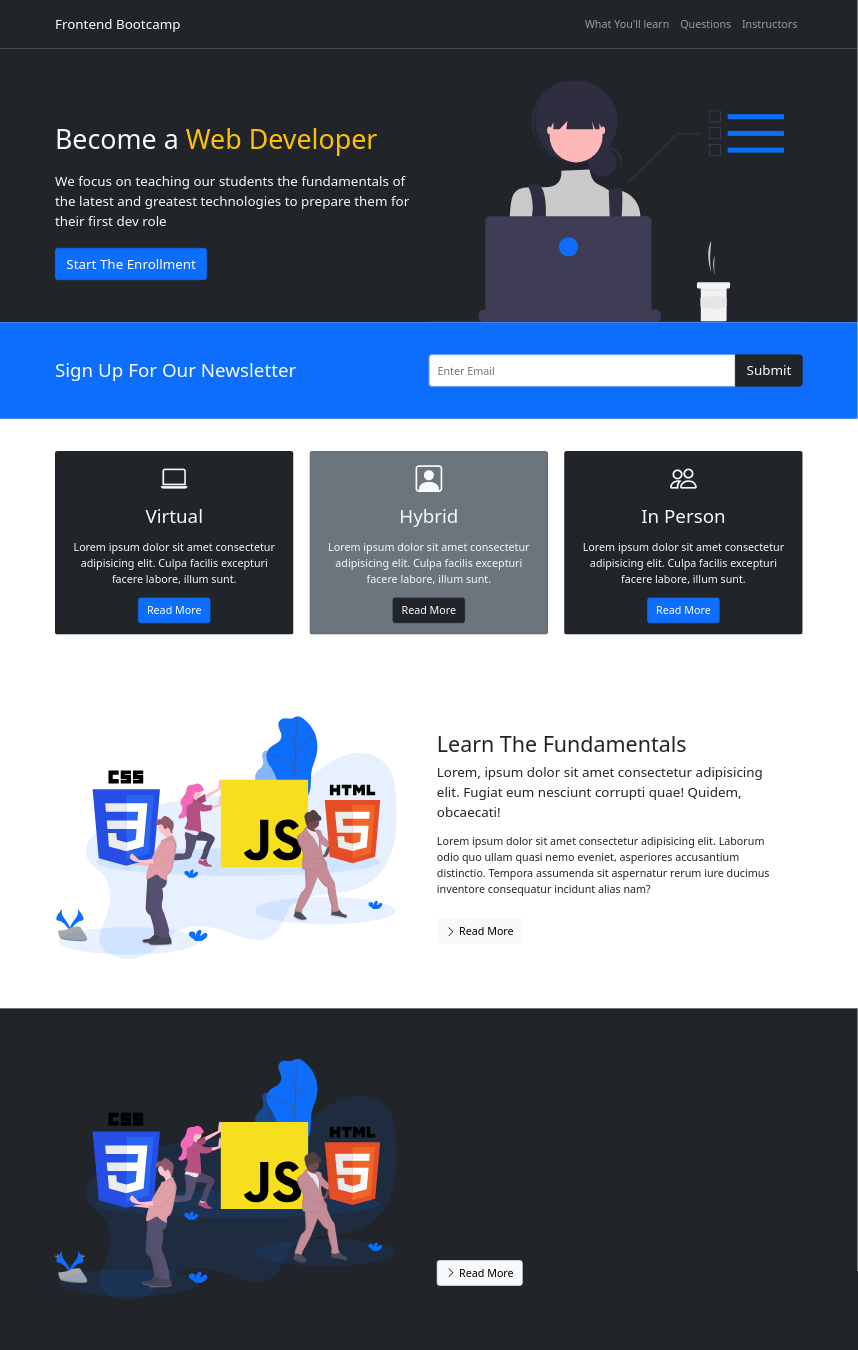
Repository: Marhamat92/Bootstrap5-Responsive-Website-
Page: index.html
An editor plug-in stored every save of this project. The page is shown before and after the next save, followed by the edit.
The browser window is 1280 px wide. The pictures show the whole page, at 67% of full size.
Some web libraries are served in a nearby version.

Above is the page before, as saved 2021-09-18 17:46:11.

### index.html
<!DOCTYPE html>
<html lang="en">

<head>
    <meta charset="UTF-8">
    <meta http-equiv="X-UA-Compatible" content="IE=edge">
    <meta name="viewport" content="width=device-width, initial-scale=1.0">
    <link href="https://cdn.jsdelivr.net/npm/bootstrap@5.0.2/dist/css/bootstrap.min.css" rel="stylesheet"
        integrity="sha384-EVSTQN3/azprG1Anm3QDgpJLIm9Nao0Yz1ztcQTwFspd3yD65VohhpuuCOmLASjC" crossorigin="anonymous">
    <link rel="stylesheet" href="https://cdn.jsdelivr.net/npm/bootstrap-icons@1.3.0/font/bootstrap-icons.css">
    <link rel="stylesheet" href="style.css">
    <title>Frontend Bootcamp</title>

</head>

<body>
    <!--Navbar-->
    <nav class="navbar navbar-expand-lg bg-dark navbar-dark py-3">
        <div class="container">
            <a href="#" class="navbar-brand">Frontend Bootcamp</a>
            <button class="navbar-toggler" type="button" data-bs-toggle="collapse" data-bs-target="#navmenu">
                <span class="navbar-toggler-icon"></span>
            </button>
            <div class="collapse navbar-collapse" id="navmenu">
                <ul class="navbar-nav ms-auto">
                    <li class="nav-item">
                        <a href="#learn" class="nav-link">What You'll learn</a>
                    </li>
                    <li class="nav-item">
                        <a href="#questions" class="nav-link">Questions</a>
                    </li>
                    <li class="nav-item">
                        <a href="#instructors" class="nav-link">Instructors</a>
                    </li>
                </ul>
            </div>
        </div>
    </nav>

    <!--Showcase-->

    <section class="bg-dark text-light p-5 p-lg-0 pt-lg-5 text-center text-sm-start">
        <div class="container">
            <div class="d-sm-flex align-items-center justify-content-between">
                <div>
                    <h1>Become a <span class="text-warning">Web Developer</span> </h1>
                    <p class="lead my-4">We focus on teaching our students the fundamentals of the latest and
                        greatest technologies to prepare them for their first dev role
                    </p>
                    <button class="btn btn-primary btn-lg">Start The Enrollment</button>
                </div>
                <img class="img-fluid w-50 d-none d-sm-block" src="img/showcase.svg" alt="showcase">
            </div>
        </div>
    </section>


    <!--Newsletter-->
    <section class=" bg-primary text-light p-5">
        <div class="container">
            <div class="d-md-flex justify-content-between align-items-center">
                <h3 class="mb-3 mb-md-0">Sign Up For Our Newsletter</h3>
                <div class="input-group news-input">
                    <input type="text" class="form-control" placeholder="Enter Email">
                    <button class="btn btn-dark btn-lg" type="button">Submit</button>
                </div>

            </div>
        </div>
    </section>

    <!--Boxes-->
    <section class="p-5">
        <div class="container">
            <div class="row text-center g-4">
                <div class="col-md">
                    <div class="card bg-dark text-light">
                        <div class="card-body text-center">
                            <div class="h1 mb-3"><i class="bi bi-laptop"></i>
                            </div>
                            <h3 class="title mb-3">Virtual</h3>
                            <p class="card-text">
                                Lorem ipsum dolor sit amet consectetur adipisicing elit. Culpa facilis excepturi facere
                                labore, illum sunt.
                            </p>
                            <a href="#" class="btn btn-primary">Read More</a>
                        </div>
                    </div>
                </div>
                <div class="col-md">
                    <div class="card bg-secondary text-light">
                        <div class="card-body text-center">
                            <div class="h1 mb-3"><i class="bi bi-person-square"></i>
                            </div>
                            <h3 class="title mb-3">Hybrid</h3>
                            <p class="card-text">
                                Lorem ipsum dolor sit amet consectetur adipisicing elit. Culpa facilis excepturi facere
                                labore, illum sunt.
                            </p>
                            <a href="#" class="btn btn-dark">Read More</a>
                        </div>
                    </div>
                </div>
                <div class="col-md">
                    <div class="card bg-dark text-light">
                        <div class="card-body text-center">
                            <div class="h1 mb-3"><i class="bi bi-people"></i>
                            </div>
                            <h3 class="title mb-3">In Person</h3>
                            <p class="card-text">
                                Lorem ipsum dolor sit amet consectetur adipisicing elit. Culpa facilis excepturi facere
                                labore, illum sunt.
                            </p>
                            <a href="#" class="btn btn-primary">Read More</a>
                        </div>
                    </div>
                </div>
            </div>
        </div>
    </section>

    <!--Learn Sections-->
    <section id="learn" class="p-5">
        <div class="container">
            <div class="row align-items-center justify-content-between">
                <div class="col-md">
                    <img src="img/fundamentals.svg" class="img-fluid" alt="">
                </div>
                <div class="col-md p-5">
                    <h2>Learn The Fundamentals</h2>
                    <p class="lead">
                        Lorem, ipsum dolor sit amet consectetur adipisicing elit. Fugiat eum nesciunt corrupti quae!
                        Quidem, obcaecati!
                    </p>
                    <p>Lorem ipsum dolor sit amet consectetur adipisicing elit. Laborum odio quo ullam quasi nemo eveniet, asperiores accusantium distinctio. Tempora assumenda sit aspernatur rerum iure ducimus inventore consequatur incidunt alias nam?</p>
                    <a href="#" class="btn btn-light mt-3"><i class="bi bi-chevron-right"></i> Read More</a>
                </div>
            </div>
        </div>
    </section>



    <section id="learn" class="p-5 bg-dark">
        <div class="container">
            <div class="row align-items-center justify-content-between">
                <div class="col-md">
                    <img src="img/fundamentals.svg" class="img-fluid" alt="">
                </div>
                <div class="col-md p-5">
                    <h2>Learn The Fundamentals</h2>
                    <p class="lead">
                        Lorem, ipsum dolor sit amet consectetur adipisicing elit. Fugiat eum nesciunt corrupti quae!
                        Quidem, obcaecati!
                    </p>
                    <p>Lorem ipsum dolor sit amet consectetur adipisicing elit. Laborum odio quo ullam quasi nemo eveniet, asperiores accusantium distinctio. Tempora assumenda sit aspernatur rerum iure ducimus inventore consequatur incidunt alias nam?</p>
                    <a href="#" class="btn btn-light mt-3"><i class="bi bi-chevron-right"></i> Read More</a>
                </div>
            </div>
        </div>
    </section>


















    <script src="https://cdn.jsdelivr.net/npm/bootstrap@5.0.2/dist/js/bootstrap.bundle.min.js"
        integrity="sha384-MrcW6ZMFYlzcLA8Nl+NtUVF0sA7MsXsP1UyJoMp4YLEuNSfAP+JcXn/tWtIaxVXM" crossorigin="anonymous">
    </script>
</body>

</html>

### style.css
@media (min-width:768px) {
    .news-input{
        width:50%;
    }
}

After the next save:
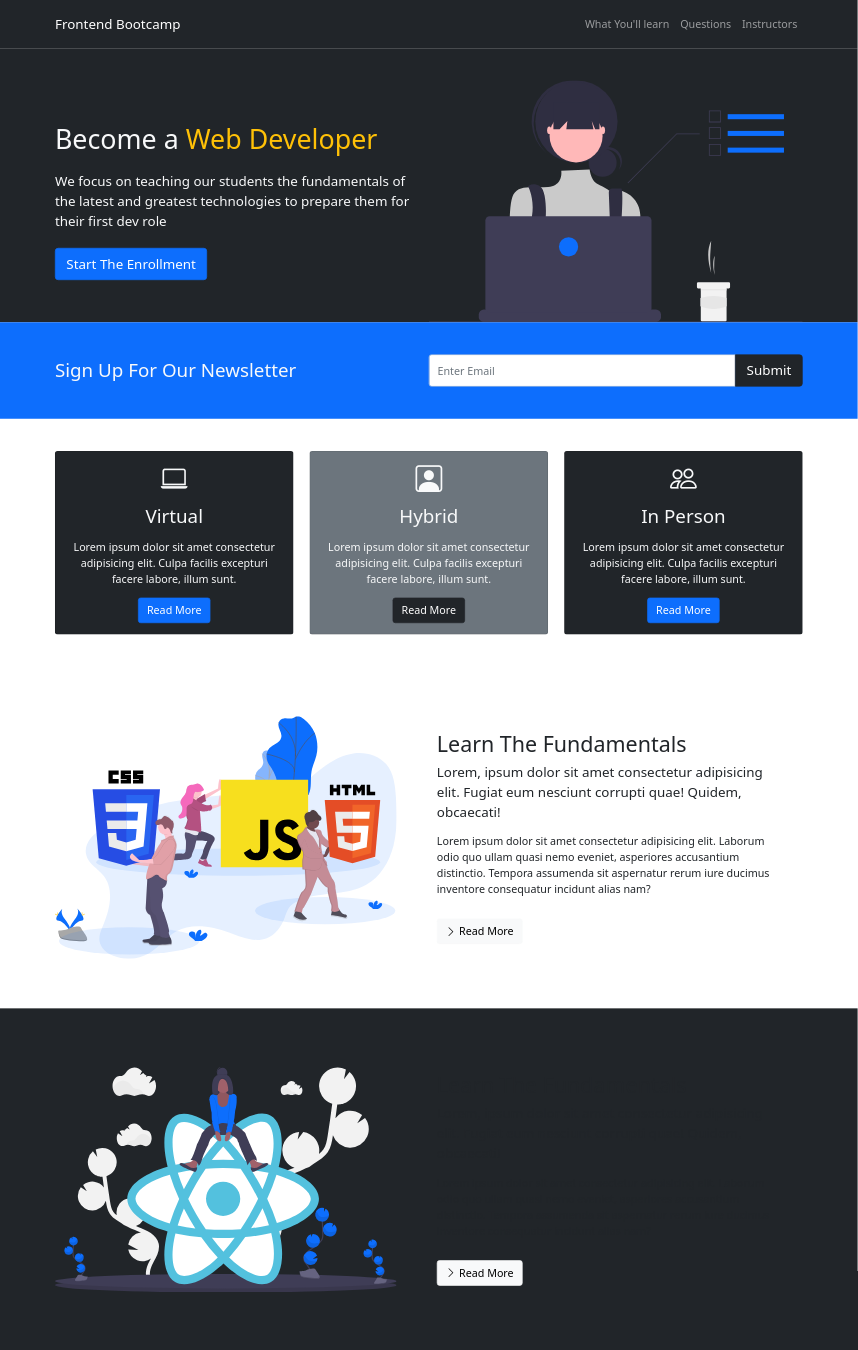
Saved 20 s later.
--- a/index.html
+++ b/index.html
@@ -145,7 +145,7 @@
         <div class="container">
             <div class="row align-items-center justify-content-between">
                 <div class="col-md">
-                    <img src="img/fundamentals.svg" class="img-fluid" alt="">
+                    <img src="img/react.svg" class="img-fluid" alt="">
                 </div>
                 <div class="col-md p-5">
                     <h2>Learn The Fundamentals</h2>
